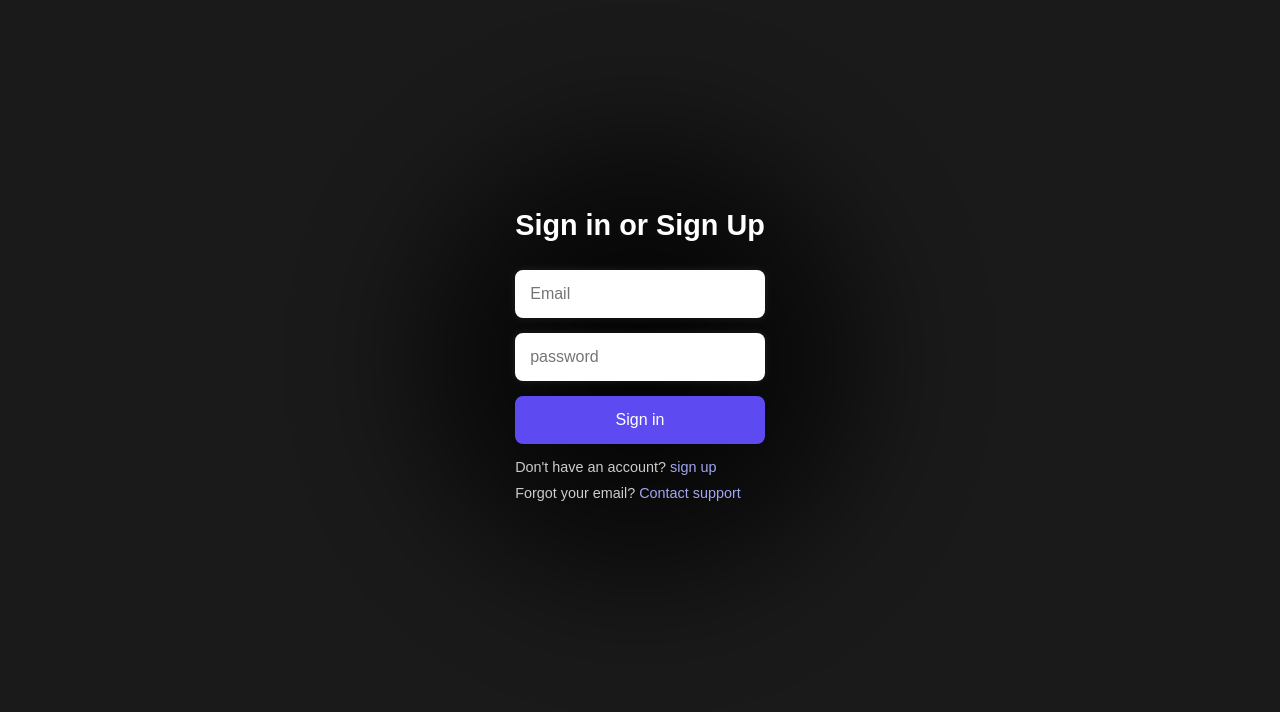
Repository: cmd-keyu/mobileppsh
Page: pages/login.html
These files come from the project's save history. The page is drawn as it stood at one moment and after the next save; the edit follows.
The browser window is 1280 px wide. The pictures show the whole page.

Above is the page before, as saved 2024-11-12 00:17:04.

### pages/login.html
<!DOCTYPE html>
<html lang="en">
<head>
  <meta charset="UTF-8">
  <meta name="viewport" content="width=device-width, initial-scale=1.0">
  <title>Sign In Form</title>
  <link rel="stylesheet" href="../css/login.css">
  <script src="../javascript/login.js" defer></script>
</head>
<body>
  <div class="container">
    <div class="glow-box">
      <h2 style="color: white;">Sign in or Sign Up</h2>
      <br>
      <!-- <p>All that is required is only your email for sign-up or sign-in!!</p> -->
      <form action="account.html">
        <div class="sign-up">
            <input type="text" placeholder="name" class="disabled-btn">
            <br>
            <br>
            <input type="text" placeholder="address (Optional)">
            <br>
            </div>
        <input type="email" placeholder="Email" required>
        <input type="password" placeholder="password" required>
        <button type="submit" class="sign-in-btn-hide">Sign in</button>
        <button type="submit" class="sign-up-btn-hide">Sign up</button>
      </form>
      <div class="support">
        <p class="sign-up-text-hide">Don't have an account? <label for="sign-up-btn" class="colorsnup">sign up</label><button class="sign-up-btn hide-btn2" id="sign-up-btn">sign up</button></p>
        <p class="sign-in-text-hide">Already have an account? <label for="sign-in-btn" class="colorsnup">sign in</label><button class="sign-in-btn hide-btn2" id="sign-in-btn">sign in</button></p>
        <p>Forgot your email? <a href="#">Contact support</a></p>
      </div>
    </div>
  </div>
</body>
</html>

### css/login.css
* {
    margin: 0;
    padding: 0;
    box-sizing: border-box;
    font-family: Arial, sans-serif;
  }

  body {
    display: flex;
    justify-content: center;
    align-items: center;
    height: 100vh;
    background-color: #1a1a1a;
  }

  .container {
    display: flex;
    justify-content: center;
    align-items: center;
    height: 100%;
  }

  .glow-box::before {
    content: '';
    position: absolute;
    top: 50%;
    left: 50%;
    width: 500px;
    height: 500px;
    background: radial-gradient(circle, black, transparent);
    transform: translate(-50%, -50%);
    z-index: -1;
    border-radius: 50%;
    filter: blur(50px);
  }

  h2 {
    font-size: 1.8em;
    margin-bottom: 10px;
  }
  label:hover{

    text-decoration: underline;

  }

  p {
    margin-bottom: 10px;
    font-size: 0.9em;
    color: #ccc;
  }

  form {
    display: flex;
    flex-direction: column;
    gap: 15px;
  }

  input[type="email"] {
    padding: 15px;
    font-size: 1em;
    border: none;
    border-radius: 8px;
    outline: none;
    width: 100%;
    box-shadow: 0 0 8px rgba(255, 255, 255, 0.1);
  }
  input[type="password"] {
    padding: 15px;
    font-size: 1em;
    border: none;
    border-radius: 8px;
    outline: none;
    width: 100%;
    box-shadow: 0 0 8px rgba(255, 255, 255, 0.1);
  }

  input[type="text"] {
    padding: 15px;
    font-size: 1em;
    border: none;
    border-radius: 8px;
    outline: none;
    width: 100%;
    box-shadow: 0 0 8px rgba(255, 255, 255, 0.1);
  }

  button {
    padding: 15px;
    font-size: 1em;
    background-color: #5e4af1;
    color: #fff;
    border: none;
    border-radius: 8px;
    cursor: pointer;
    transition: background 0.3s;
  }

  button:hover {
    background-color: #4a3bdb;
  }

  .support {
    margin-top: 15px;
  }

  .support a {
    color: #a1a7f1;
    text-decoration: none;
  }

  .support a:hover {
    text-decoration: underline;
  }

  .sign-up{
    display: none;
  }

  .colorsnup{
    color: #a1a7f1;
  }

  .sign-up-btn-hide{
    display: none;
  }

  .hide-btn2{
    display: none;
  }

  .sign-in-text-hide{
    display: none;
  }

### javascript/login.js

const sign_up = document.querySelector('.sign-up')
const sign_up_btn = document.querySelector('.sign-up-btn')
const sign_in_btn = document.querySelector('.sign-in-btn')
const sign_in_btn_hide = document.querySelector('.sign-in-btn-hide')
const sign_up_btn_hide = document.querySelector('.sign-up-btn-hide')
const sign_in_text_hide = document.querySelector('.sign-in-text-hide')
const sign_up_text_hide = document.querySelector('.sign-up-text-hide')
const disabled_btn = document.querySelector('.disabled-btn')

sign_up_btn.addEventListener("click", () => {

  sign_up.style.display = 'block'
  sign_in_btn_hide.style.display = 'none'
  sign_up_btn_hide.style.display = 'block'
  sign_in_text_hide.style.display = 'block'
  sign_up_text_hide.style.display = 'none'
  disabled_btn.setAttribute('required', true)

})

sign_in_btn.addEventListener("click", () => {

  sign_up.style.display = 'none'
  sign_in_btn_hide.style.display = 'block'
  sign_up_btn_hide.style.display = 'none'
  sign_in_text_hide.style.display = 'none'
  sign_up_text_hide.style.display = 'block'
  disabled_btn.setAttribute('required', false)

})

After the next save:
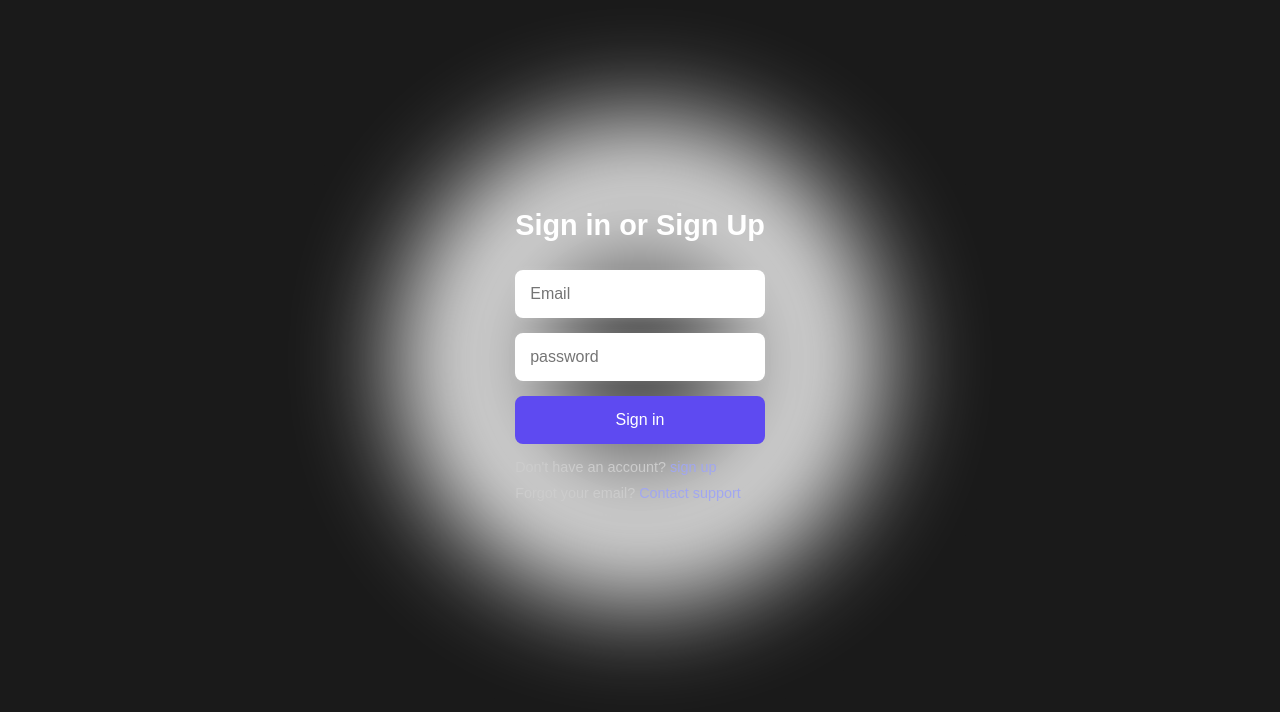
Saved 7 s later.
--- a/css/login.css
+++ b/css/login.css
@@ -27,7 +27,7 @@
     left: 50%;
     width: 500px;
     height: 500px;
-    background: radial-gradient(circle, black, transparent);
+    background: radial-gradient(circle, black, white, transparent);
     transform: translate(-50%, -50%);
     z-index: -1;
     border-radius: 50%;
